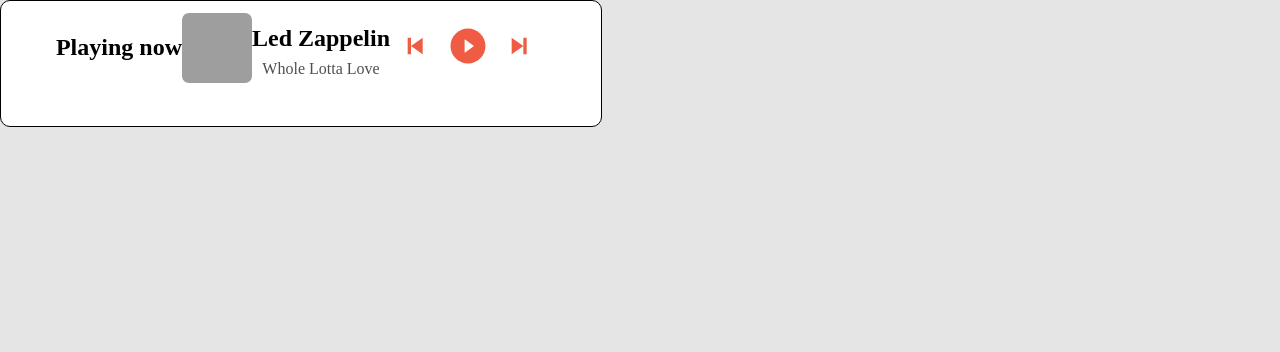
Repository: Sxcram02/playlist
Page: /
These files come from the project's save history. The page is drawn as it stood at one moment and after the next save; the edit follows.
The browser window is 1280 px wide. The pictures show the whole page.
Pictures or frames that could not be fetched are drawn as grey boxes. The page's requests for data from a server got no answer. The project was rebuilt for these pictures with package versions that can differ from the ones it lists, and the page was loaded fresh each time. No one was signed in, and anything a server would have sent is missing.

Above is the page before, as saved 2023-02-23 16:49:10.

After the next save:
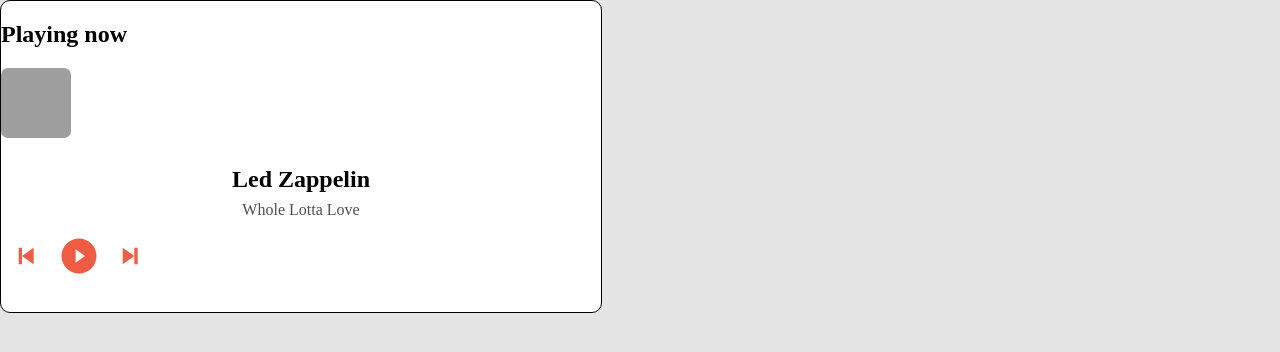
Saved 4 s later.
--- a/src/App.css
+++ b/src/App.css
@@ -6,7 +6,7 @@
     padding-bottom: 2em;
     border: 0.1px solid black;
     border-radius: 10px;
-    display: flex;
+    display: flex
 
     align-items: center;
     justify-content: center;

After the save that followed:
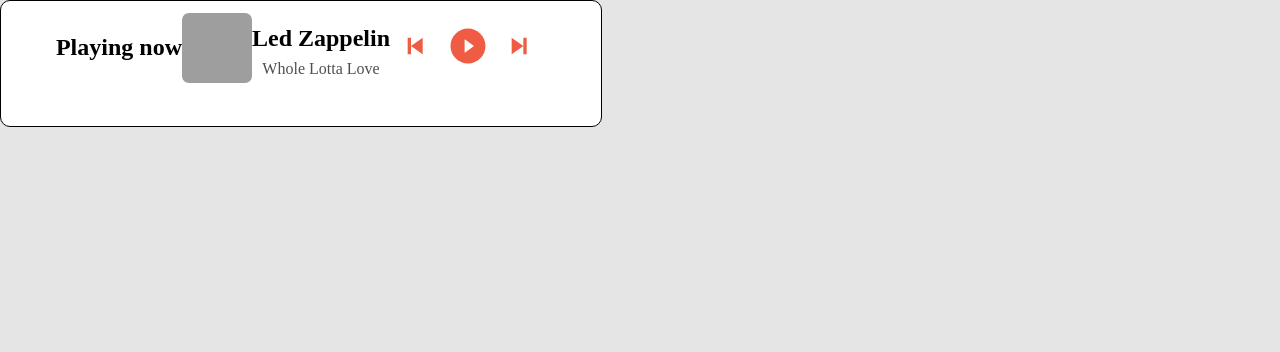
Saved 4 s later.
--- a/src/App.css
+++ b/src/App.css
@@ -6,8 +6,7 @@
     padding-bottom: 2em;
     border: 0.1px solid black;
     border-radius: 10px;
-    display: flex
-
+    display: flex;
     align-items: center;
     justify-content: center;
 }
